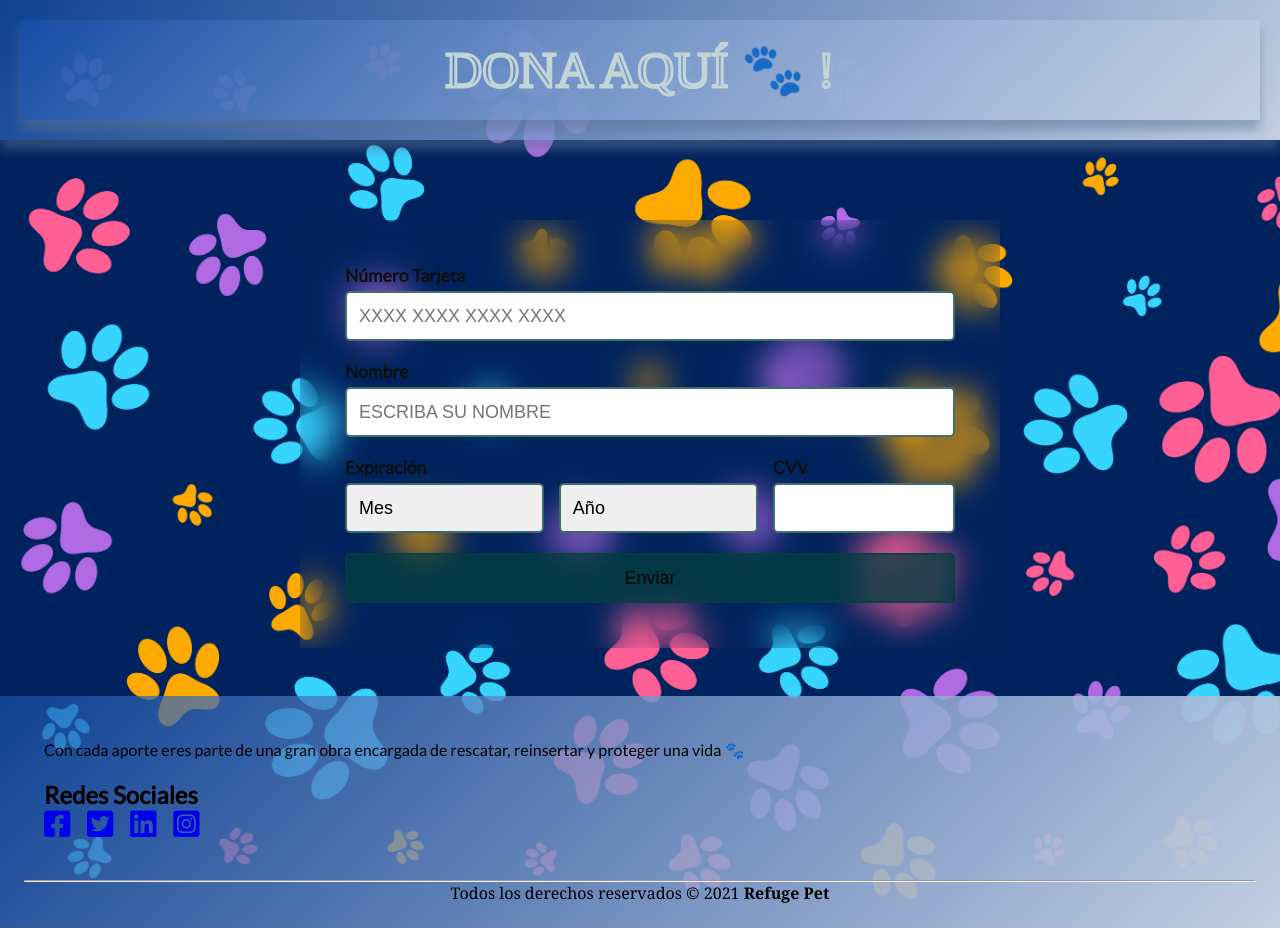
Repository: andreasvidal/SCL019-card-validation
Page: src/views/cardvalidation.html
These files come from the project's save history. The page is drawn as it stood at one moment and after the next save; the edit follows.
The browser window is 1280 px wide. The pictures show the whole page.
Some web fonts or font styles are not loaded; a fallback is used. Some web libraries are served in a nearby version.

Above is the page before, as saved 2022-04-13 10:10:01.

### src/views/cardvalidation.html
<!DOCTYPE html>
<html lang="en">

<head>
    <meta charset="UTF-8" />
    <meta http-equiv="X-UA-Compatible" content="IE=edge" />
    <meta name="viewport" content="width=device-width, initial-scale=1.0" />
    <link rel="preconnect" href="https://fonts.googleapis.com" />
    <link rel="preconnect" href="https://fonts.gstatic.com" crossorigin />
    <link href="https://fonts.googleapis.com/css2?family=Lato:ital,wght@0,400;1,700&display=swap" rel="stylesheet" />
    <link rel="preconnect" href="https://fonts.googleapis.com" />
    <link rel="preconnect" href="https://fonts.gstatic.com" crossorigin />
    <link href="https://fonts.googleapis.com/css2?family=Hurricane&family=Lato:ital,wght@1,700&display=swap" rel="stylesheet" />
    <link rel="stylesheet" href="https://use.fontawesome.com/releases/v5.8.1/css/all.css" integrity="sha384-50oBUHEmvpQ+1lW4y57PTFmhCaXp0ML5d60M1M7uH2+nqUivzIebhndOJK28anvf" crossorigin="anonymous" />
    <link rel="stylesheet" href="../css/formstyle.css" />
    <link rel="stylesheet" href="../css/style.css" />
    <title>Formulario</title>
</head>

<!--contenido principal formulario-->

<body>
    <div class="subtitle">
        <p class="subtitle">DONA AQUÍ 🐾 !</p>
    </div>
    <form id="formValidation" class="form-validation">
        <div class="bg-blur">
            <div class="data-card" id="dataForm">
                <label for="inputNumber">Número Tarjeta</label>
                <input type="text" id="inputNumber" name="number" maxlength="16" autocomplete="off" pattern="[0-9]+" placeholder="XXXX XXXX XXXX XXXX" required />
                <h5 id="print"></h5>
            </div>
            <div class="data-card">
                <label for="inputNameUser">Nombre </label>
                <input type="text" id="inputNameUser" name="nameUser" placeholder="Escriba su nombre" required />
                <h5 id="print"></h5>
            </div>
            <!--datos expiración tarjeta-->
            <div class="flexbox">
                <div class="data-card expider-date">
                    <label for="monthSelect">Expiración</label>
                    <div class="flexbox">
                        <div class="data-card-select">
                            <select name="monthSelect" id="monthSelect" required>
                <option disabled selected>Mes</option>
                <option value="1">1</option>
                <option value="2">2</option>
                <option value="3">3</option>
                <option value="4">4</option>
                <option value="5">5</option>
                <option value="6">6</option>
                <option value="7">7</option>
                <option value="8">8</option>
                <option value="9">9</option>
                <option value="10">10</option>
                <option value="11">11</option>
                <option value="12">12</option>
              </select>
                        </div>
                        <div class="data-card-select">
                            <select name="yearSelect" id="yearSelect" required>
                <option disabled selected>Año</option>
                <option value="2">2014</option>
                <option value="5">2015</option>
                <option value="6">2016</option>
                <option value="7">2017</option>
                <option value="8">2018</option>
                <option value="9">2019</option>
                <option value="10">2020</option>
                <option value="11">2021</option>
                <option value="12">2022</option>
              </select>
                        </div>
                    </div>
                </div>
                <div class="data-card ccv">
                    <label for="inputCcv">CVV</label>
                    <input type="text" id="inputCcv" name="inputCcv" maxlength="3" required />
                </div>
            </div>
            <button type="submit" value="sendForm" class="btn-send" id="sendForm">
        Enviar
      </button>
        </div>
    </form>
    <footer>
        <div class="container__footer">
            <div class="box__footer">
                <div class="terms">
                    <p>
                        Con cada aporte eres parte de una gran obra encargada de rescatar, reinsertar y proteger una vida 🐾
                    </p>
                </div>
            </div>
            <div class="box__footer">
                <h2>Redes Sociales</h2>
                <a href="#"> <i class="fab fa-facebook-square"></i></a>
                <a href="#"><i class="fab fa-twitter-square"></i></a>
                <a href="#"><i class="fab fa-linkedin"></i></a>
                <a href="#"><i class="fab fa-instagram-square"></i></a>
            </div>
        </div>
        <div class="box__copyright">
            <hr />
            <p>Todos los derechos reservados © 2021 <b>Refuge Pet</b></p>
        </div>
    </footer>
    <!-- jQuery-->
    <script src="https://ajax.googleapis.com/ajax/libs/jquery/3.6.0/jquery.min.js"></script>
    <!--materialize -->
    <!--JS-->
    <script src="../js/index.js" type="module"></script>
</body>

</html>

### src/css/formstyle.css
* {
    padding: 0;
    margin: 0;
    box-sizing: border-box;
}

body {
    font-family: 'Lato', 'sans-serif';
    background-image: url(../assets/img/fondopatas.jpg);
    background-size: cover;
    background-repeat: no-repeat;
}


/*estilos formulario validacion*/

.form-validation {
    color: beige;
    width: 100%;
    max-width: 700px;
    margin-left: 300px;
    border-radius: 10px;
    position: relative;
    top: 80px;
    z-index: 1;
}

.bg-blur {
    backdrop-filter: blur(1rem);
    width: 100%;
    padding: 45px;
}

.form-validation label {
    display: block;
    color: rgb(15, 15, 15);
    margin-bottom: 5px;
    font-size: 1.1rem;
    font-weight: 700;
}

.form-validation input,
.form-validation select,
.btn-send {
    border: 2px solid rgba(4, 63, 63, 0.753);
    font-size: 18px;
    height: 50px;
    width: 100%;
    padding: 5px 12px;
    border-radius: 5px;
}

.form-validation input:hover,
.form-validation select:hover {
    border: 2px solid rgb(23, 24, 24);
}

.form-validation input:focus,
.form-validation select:focus {
    outline: rgb(173, 182, 182);
    box-shadow: 0 8px 8px 0 rgba(32, 38, 46, 0.3);
}

.form-validation input {
    margin-bottom: 20px;
    text-transform: uppercase;
}

.form-validation .flexbox {
    display: flex;
    justify-content: space-between;
}

.form-validation .expider-date {
    width: 100%;
}

.form-validation .ccv {
    min-width: 10px;
}

.form-validation .data-card-select {
    width: 100%;
    margin-right: 15px;
    position: relative;
}

.form-validation select {
    -webkit-appearance: none;
}


/*backgrond btn enviar*/

.btn-send {
    background: rgba(4, 63, 63, 0.753);
    ;
}

.btn-send:hover {
    background-color: rgba(94, 126, 136, 0.651);
    cursor: pointer;
}

#print {
    color: rgb(38, 41, 41);
    font-size: 16px;
}


/*footer*/

.terms {
    height: 30px;
    margin-bottom: 50px;
}

footer {
    width: 100%;
    padding: 1.5rem;
    margin-top: 10%;
    background-size: cover;
    background-image: linear-gradient(135deg, #1650adad 0%, #c3cfe2 100%);
    box-shadow: 0 10px 10px 0 rgba(90, 116, 148, 0.3);
}

.box__footer {
    padding: 20px;
    height: 10px;
}

.fab {
    padding-right: 40px;
    width: 20px;
    height: 20px;
    font-size: 30px;
}

.box__copyright {
    padding-top: 5rem;
    text-align: center;
    font-family: Georgia, 'Times New Roman', Times, serif;
    font-size: medium;
}

### src/css/style.css
     * {
         padding: 0;
         margin: 0;
         box-sizing: border-box;
     }

     body {
         font-family: 'Lato', 'sans-serif';
         background-image: url(../assets/img/fondopatas.jpg);
     }
     /*estilo titulo*/

     .title-h1 {
         font-family: 'Raleway', sans-serif;
         text-decoration: underline overline wavy rgba(183, 0, 255, 0.514);
         padding: 40px 100px;
         color: rgb(74, 80, 80);
         display: flex;
         flex-direction: column;
         align-items: center;
         box-shadow: 0 10px 10px 0 rgba(90, 116, 148, 0.3);
         background-image: linear-gradient(135deg, #f5f7fa 0%, #c3cfe2 100%);
         font-size: 8vw;
     }

     .subtitle {
         font-family: 'Shadows Into Light', cursive;
         text-align: center;
         padding: 20px 20px;
         color: rgb(74, 80, 80);
         font-size: 4vw;
         -webkit-text-fill-color: transparent;
         -webkit-text-stroke: 3px rgb(195, 214, 214);
         background-image: linear-gradient(135deg, #1650adad 0%, #c3cfe2 100%);
         box-shadow: 0 10px 10px 0 rgba(90, 116, 148, 0.5);
     }

     .img-banner {
         display: flex;
         height: 500px;
         z-index: -1;
         flex-direction: row;
         margin-left: 50px;
         align-items: center;
         margin-bottom: -50px;
         border-radius: 15px;
     }
     /*contenedor tarjeta*/

     .container {
         width: 90%;
         max-width: 1000px;
         padding: 20px 60px;
         margin: auto;
         display: flex;
         /* deja los elementos en forma de columna*/
         flex-direction: column;
         /*align-items no sirve para centrar de forma vertical (se utiliza justify), se utiliza al cambiar la dirección con flex-direction*/
         align-items: center;
     }
     /*estilo tarjeta*/

     .card {
         padding-top: 30px;
         width: 100%;
         max-width: 550px;
         position: relative;
         color: rgb(37, 36, 36);
         cursor: pointer;
     }

     .card>div {
         padding: 30px;
         border-radius: 15px;
         min-height: 315px;
         display: flex;
         flex-direction: column;
         justify-content: space-between;
         box-shadow: 0 10px 10px 0 rgba(90, 116, 148, 0.822);
     }

     .style-card {
         width: 100%;
         background: url(../assets/img/background-card/bg-img-2.jpg);
         background-size: cover;
     }
     /*para mantener el espeacio de la imagen logo (contenedor vacio)*/

     .style-card .logo-card {
         text-align: right;
         min-height: 50px;
     }

     .style-card .logo-card img {
         width: 100%;
         height: 100%;
         object-fit: cover;
         max-width: 80px;
     }

     .style-card .chip-card {
         width: 100%;
         max-width: 50px;
         margin-bottom: 20px;
     }

     .style-card .form-group .card-label {
         font-size: 16px;
         color: rgb(115, 131, 131);
         margin-bottom: 5px;
     }

     .style-card .card-group .number-card,
     .style-card .card-group .name-card,
     .style-card .card-group .expider {
         /*color: rgb(74, 80, 80);*/
         font-size: 22px;
         text-transform: uppercase;
     }

     .style-card .flexbox {
         display: flex;
         justify-content: space-between;
         margin-top: 20px;
     }
     /*btn abrir formulario*/

     .btn-open {
         color: rgb(195, 214, 214);
         box-shadow: 0 10px 10px 0 rgba(90, 116, 148, 0.3);
         background: rgba(183, 0, 255, 0.514);
         width: 50px;
         height: 50px;
         margin-top: -10px;
         border-radius: 100%;
         z-index: 2;
     }

     .btn-open:hover {
         opacity: 0.50;
         -moz-opacity: .50;
         filter: alpha (opacity=50);
     }

     .btn-open {
         text-decoration: none;
         padding-top: 15px;
         text-align: center;
     }

### src/js/index.js
/*import validator from '../js/validator.js';

//Llamando al DOM

const btnForm = document.getElementById("sendForm");
const form = document.getElementById("#formValidation");
btnForm.addEventListener('click', function(e) {
    e.preventDefault();
    let creditCardNumber = document.getElementById('inputNumber').value;
    let maskified = validator.maskify(creditCardNumber);
    if (creditCardNumber === "") {
        return document.getElementById("print").innerHTML = "Reingrese su número de tarjeta sin espacios ni carácteres especiales";
    } else {
        return document.getElementById("print").innerHTML = "Tu tarjeta N° " + maskified + " es válida";
    }
})


// inputName solo letras, inputCcv y inputNumber  solo numeros
let inputNumber = document.getElementById('inputNumber');
let inputName = document.getElementById('inputNameUser');
let inputCcv = document.getElementById('inputCcv');

const onlyNum = /[^0-9]/g;
const onlypLet = /[^a-zA-ZÑñáéíóúÁÉÍÓÚ\s]*$/g;
inputNumber.addEventListener('input', function() {
    inputNumber.value = inputNumber.value.replace(onlyNum, '');
});
inputName.addEventListener('input', function() {
    inputName.value = inputName.value.replace(onlypLet, '');
});
inputCcv.addEventListener('input', function() {
    inputCcv.value = inputCcv.value.replace(onlyNum, '');
});

// mes y años
for (let i = 1; i <= 12; i++) {
    let optionDate = document.createElement('option');
    optionDate.value = i;
    optionDate.innerText = i;
    form.monthSelect.appendChild(optionDate);
}

// * Select del año generado dinamicamente.
const yearActual = new Date().getFullYear();
for (let i = yearActual; i <= yearActual + 8; i++) {
    let optionDate = document.createElement('option');
    optionDate.value = i;
    optionDate.innerText = i;
    optionDate.selectYear.appendChild(optionDate);
}*/

After the next save:
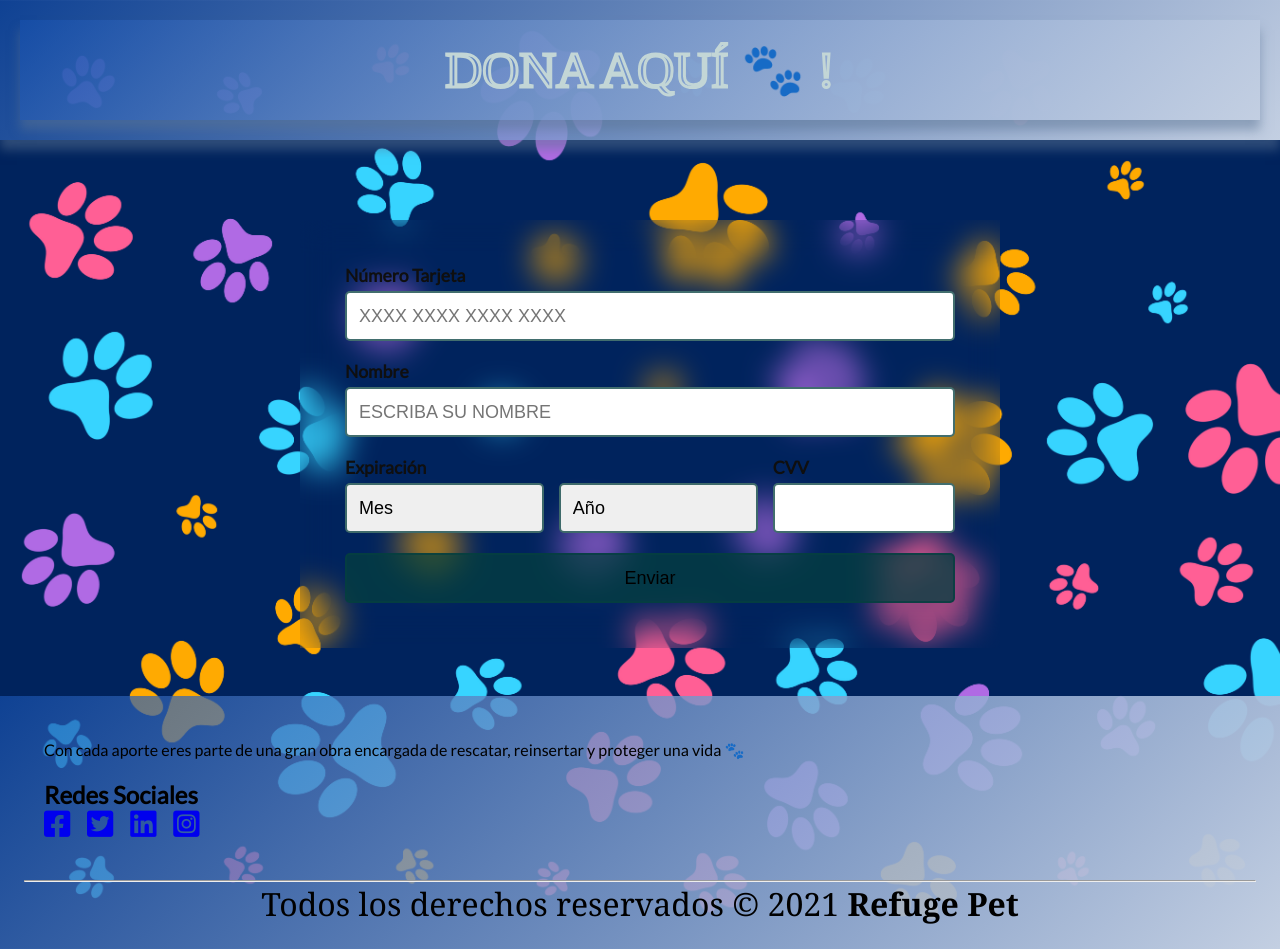
Saved 9 s later.
--- a/src/css/formstyle.css
+++ b/src/css/formstyle.css
@@ -140,5 +140,5 @@
     padding-top: 5rem;
     text-align: center;
     font-family: Georgia, 'Times New Roman', Times, serif;
-    font-size: medium;
+    font-size: 2rem;
 }

After the save that followed:
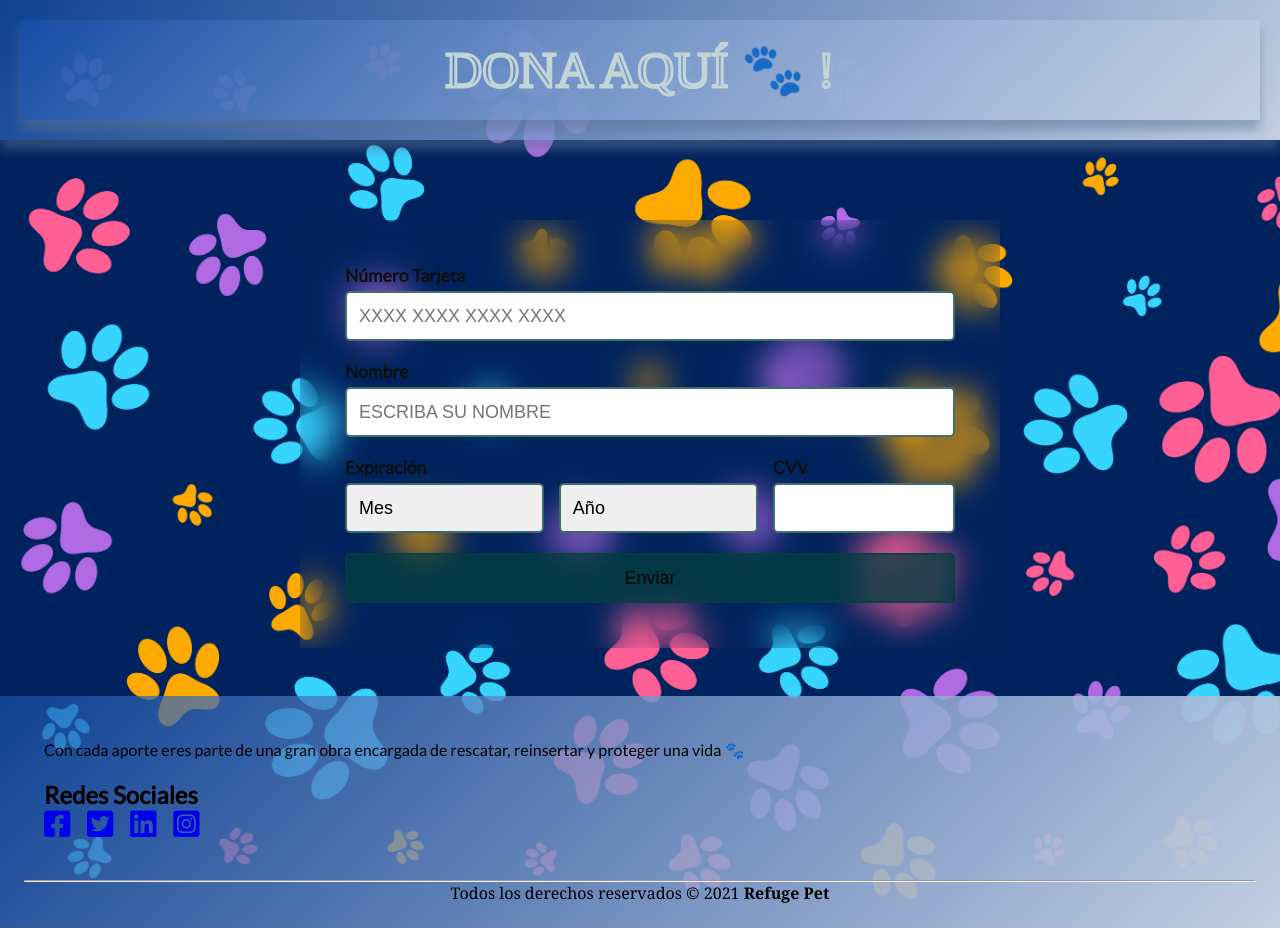
Saved 7 s later.
--- a/src/css/formstyle.css
+++ b/src/css/formstyle.css
@@ -140,5 +140,5 @@
     padding-top: 5rem;
     text-align: center;
     font-family: Georgia, 'Times New Roman', Times, serif;
-    font-size: 2rem;
+    font-size: 1rem;
 }
